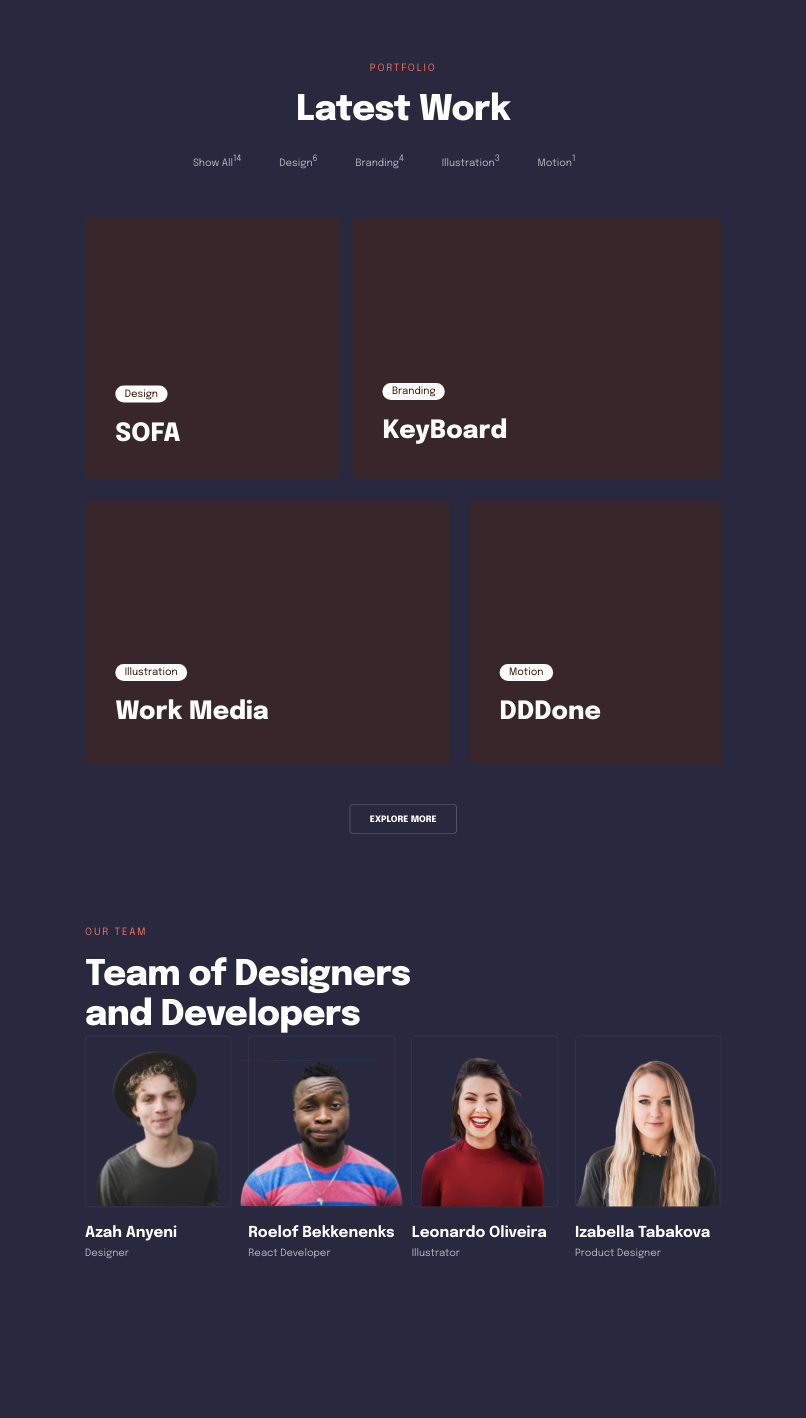
Repository: FidanXankishiyeva/figma-positions-task
Page: index.html
The author's editor kept a copy of each file at every save. The page is drawn from the files as they stood at one save, then again after a run of saves.
The browser window is 1280 px wide. The pictures show the whole page, at 63% of full size.

Above is the page before, as saved 2023-08-10 13:52:46.

After the next 3 saves:
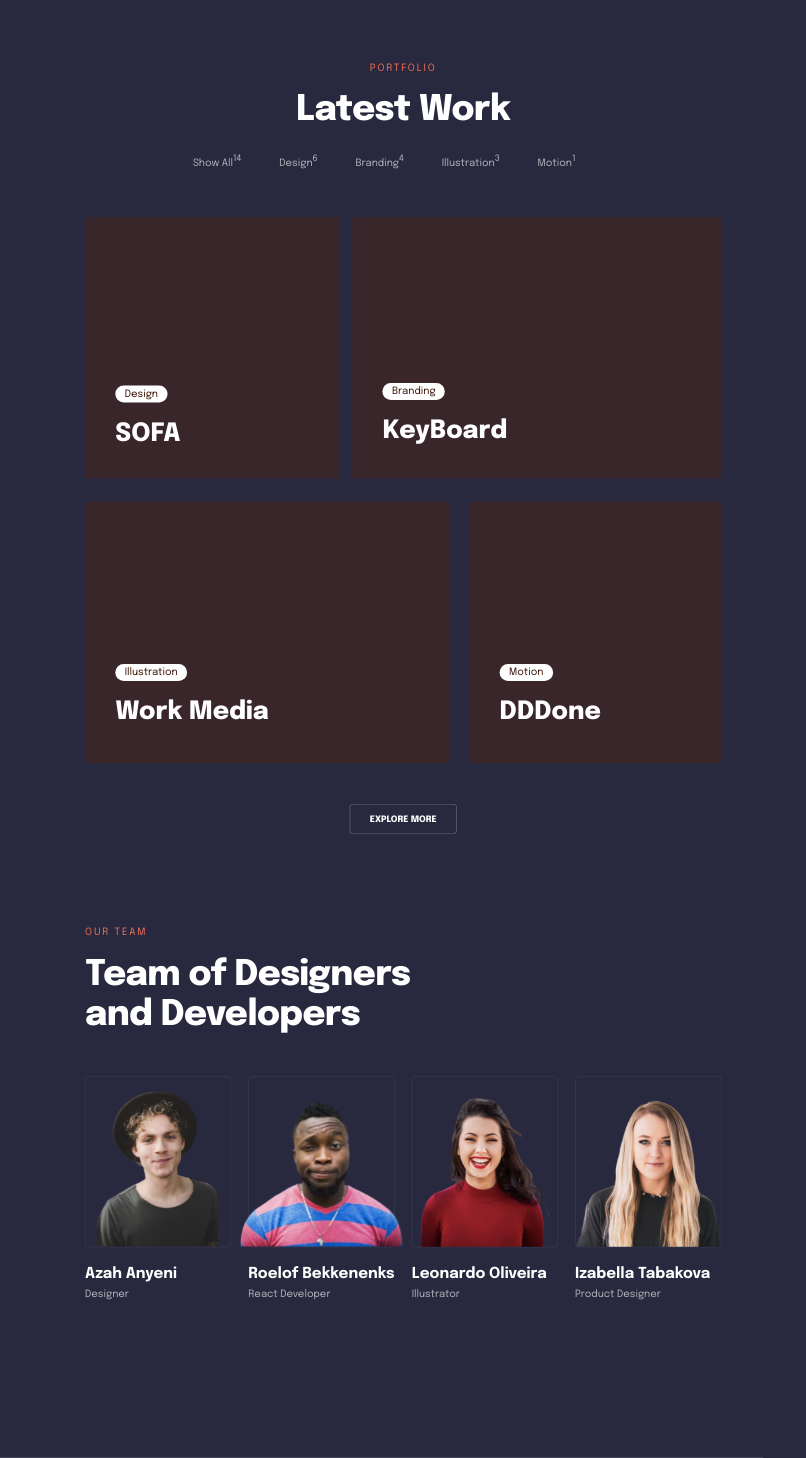
The 3 saves are shown as one change because they came seconds apart.
The last was saved 8 s later.
--- a/index.css
+++ b/index.css
@@ -296,7 +296,7 @@ button {
     letter-spacing: -1px;
 }
 .team-person ul {
-
+margin-top: 64px;
     display: flex;
     justify-content: space-between;
 
